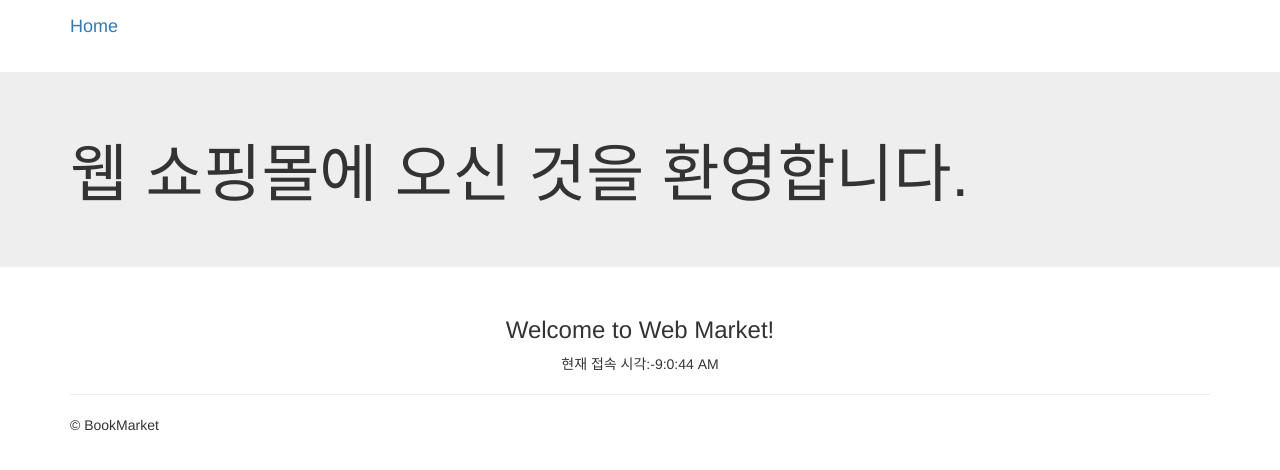
Repository: LeeKukJu/JSP-Study
Page: http://localhost/BookMarket/welcome.jsp
These files come from the project's save history. The page is drawn as it stood at one moment and after the next save; the edit follows.
The browser window is 1280 px wide. The pictures show the whole page.
The page is served by Tomcat 9.

Above is the page before, as saved 2023-01-30 12:33:54.

After the next save:
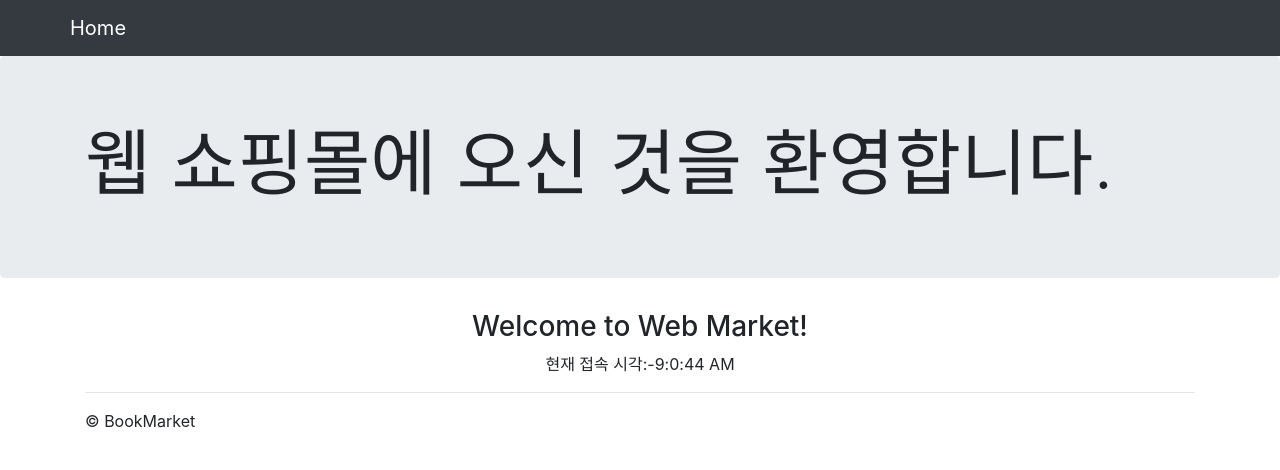
Saved 83 s later.
--- a/BookMarket/WebContent/welcome.jsp
+++ b/BookMarket/WebContent/welcome.jsp
@@ -5,7 +5,7 @@
 <!DOCTYPE html>
 <html>
 <head>
-<link rel="stylesheet" href="https://maxcdn.bootstrapcdn.com/bootstrap/3.3.2/css/bootstrap.min.css">
+<link rel="stylesheet" href="https://maxcdn.bootstrapcdn.com/bootstrap/4.0.0/css/bootstrap.min.css"/>
 <title>Welcome</title>
 </head>
 <body>
